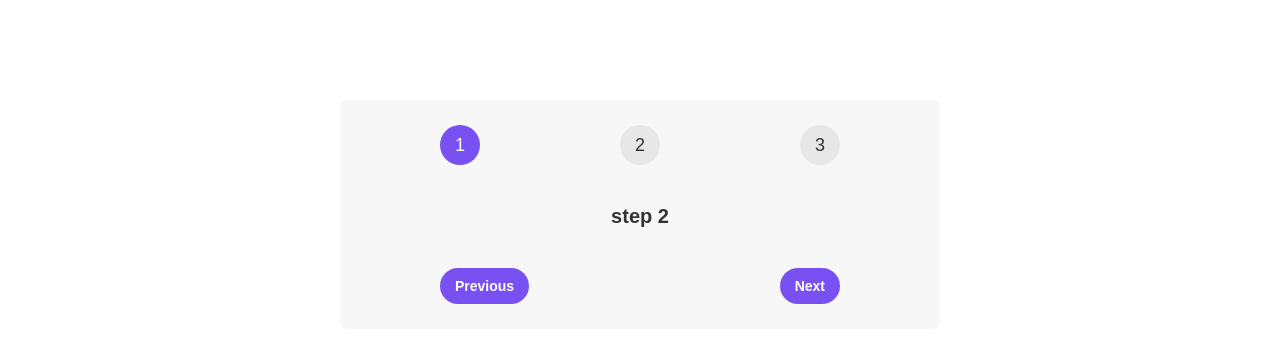
Repository: masamichan/steps
Page: /
These files come from the project's save history. The page is drawn as it stood at one moment and after the next save; the edit follows.
The browser window is 1280 px wide. The pictures show the whole page.
The project was rebuilt for these pictures with package versions that can differ from the ones it lists, and the page was loaded fresh each time.

Above is the page before, as saved 2023-12-30 14:34:19.

### src/App.js
const messages = [
  "Learn React ⚛️",
  "Apply for jobs 💼",
  "Invest your new income 🤑",
];

export default function App() {
  const step = 2;
  return (
    <div className="steps">
      <div className="numbers">
        <div className="active">1</div>
        <div>2</div>
        <div>3</div>
      </div>
      <p className="message">step {step}</p>
      <div className="buttons">
        <button style={{ backgroundColor: "#7950f2", color: "#fff" }}>
          Previous
        </button>
        <button style={{ backgroundColor: "#7950f2", color: "#fff" }}>
          Next
        </button>
      </div>
    </div>
  );
}

Loaded but not shown: public/index.html (common file); src/index.js (common file); src/index.css (common file)

After the next save:
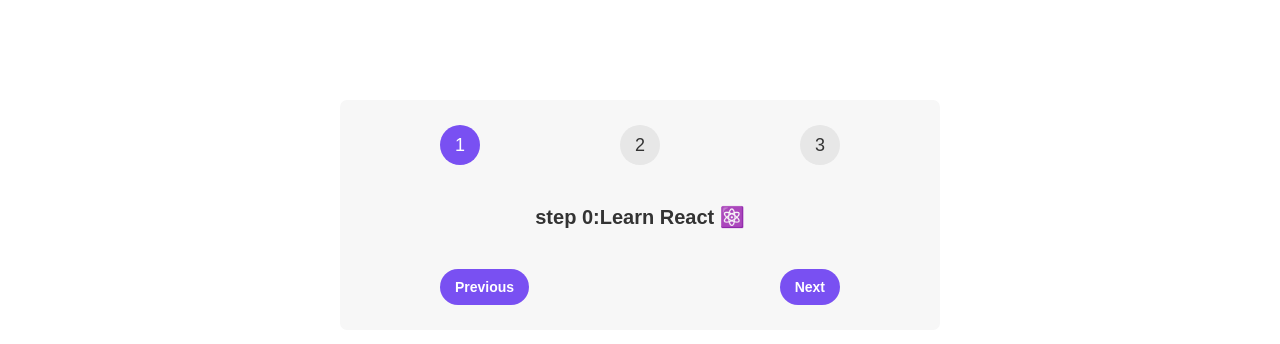
Saved 2 h 59 min later.
--- a/src/App.js
+++ b/src/App.js
@@ -5,7 +5,7 @@ const messages = [
 ];
 
 export default function App() {
-  const step = 2;
+  const step = 0;
   return (
     <div className="steps">
       <div className="numbers">
@@ -13,7 +13,9 @@ export default function App() {
         <div>2</div>
         <div>3</div>
       </div>
-      <p className="message">step {step}</p>
+      <p className="message">
+        step {step}:{messages[step]}
+      </p>
       <div className="buttons">
         <button style={{ backgroundColor: "#7950f2", color: "#fff" }}>
           Previous
